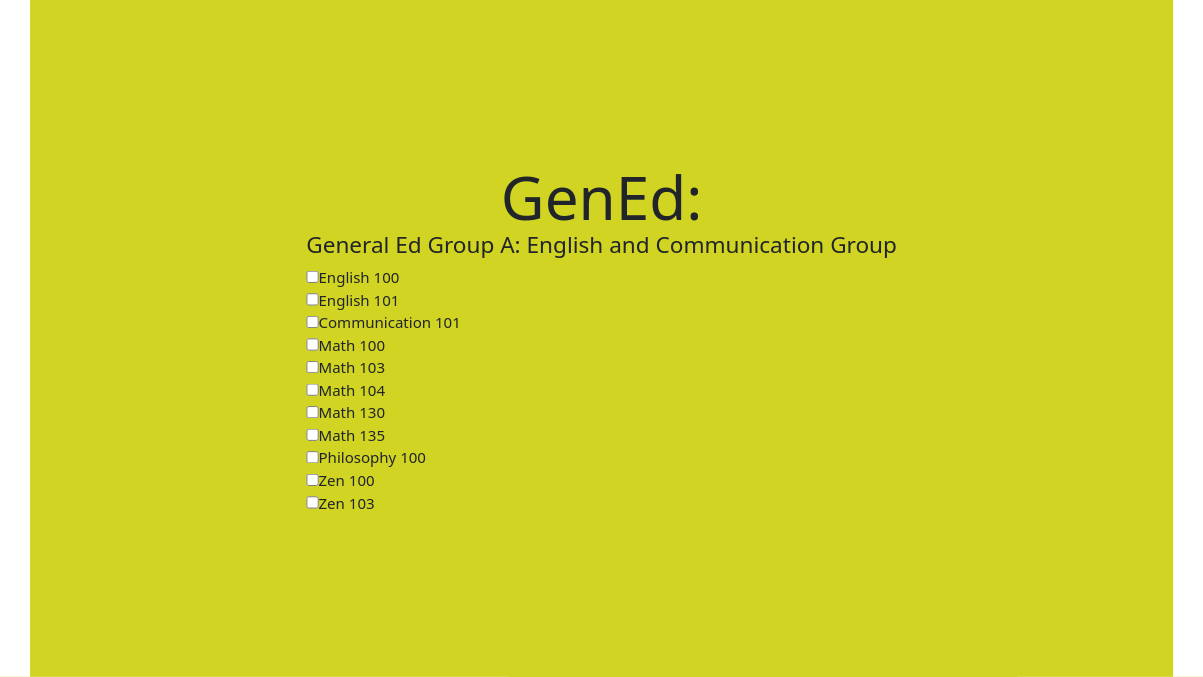
Repository: collegedude9300/zenschool
Page: /GenEd
The author's editor kept a copy of each file at every save. The page is drawn from the files as they stood at one save, then again after the next save.
The browser window is 1280 px wide. The pictures show the whole page, at 94% of full size.
The project was rebuilt for these pictures with package versions that can differ from the ones it lists, and the page was loaded fresh each time. The framework's server and built-in components were replaced by stand-ins that run in the browser. Also part of the build but not shown: next.config.js.

Above is the page before, as saved 2022-10-27 18:32:37.

### pages/GenEd.js
import Head from 'next/head'
import Image from 'next/image'
import styles from '../styles/Home.module.css'
import 'bootstrap/dist/css/bootstrap.css'
export default function GenEd() {
return(
//class choices form
<div className={styles.container}>
<Head>
<title>GenEd</title>
<meta name="description" content="Generated by create next app" />
<link rel="icon" href="/favicon.png" />
</Head>
<main className={styles.main}>
<h1 className={styles.title}>
GenEd:
</h1>
<form>
<h4>General Ed Group A: English and Communication Group </h4>
<input type="checkbox" id="English 100" name="English 100: General English" value="English 100"/>
<label for="English 100"> English 100</label><br/>
<input type="checkbox" id="English 101" name="English 101: Reading" value="English 101"/>
<label for="English 101"> English 101</label><br/>
<input type="checkbox" id="Communication 101" name="Communication 101" value="Communication 101"/>
<label for="Communication 101"> Communication 101</label><br/>
<input type="checkbox" id="Math 100" name="Math 100" value="Math 100"/>
<label for="Math 100"> Math 100</label><br/>
<input type="checkbox" id="Math 103" name="Math 103" value="Math 103"/>
<label for="Math 103"> Math 103</label><br/>
<input type="checkbox" id="Math 104" name="Math 104" value="Math 104"/>
<label for="Math 104"> Math 104</label><br/>
<input type="checkbox" id="Math 130" name="Math 130" value="Math 130"/>
<label for="Math 130"> Math 130</label><br/>
<input type="checkbox" id="Math 135" name="Math 135" value="Math 135"/>
<label for="Math 135"> Math 135</label><br/>
<input type="checkbox" id="Philosophy 100" name="Philosophy 100" value="Philosophy 100"/>
<label for="Philosophy 100"> Philosophy 100</label><br/>
<input type="checkbox" id="Zen 100" name="Zen 100" value="Zen 100"/>
<label for="Zen 100"> Zen 100</label><br/>
<input type="checkbox" id="Zen 103" name="Zen 103" value="Zen 103"/>
<label for="Zen 103"> Zen 103</label><br/>
</form>
</main>
      </div>
)}

### styles/Home.module.css
.container {
  padding: 0 2rem;
}

.main {
  min-height: 100vh;
  padding: 4rem 0;
  flex: 1;
  display: flex;
  flex-direction: column;
  justify-content: center;
  align-items: center;
  background-color: #d1d422;
}

.footer {
  display: flex;
  flex: 1;
  padding: 2rem 0;
  border-top: 1px solid #eaeaea;
  justify-content: center;
  align-items: center;
}

.footer a {
  display: flex;
  justify-content: center;
  align-items: center;
  flex-grow: 1;
}

.title a {
  color: #0070f3;
  text-decoration: none;
}

.title a:hover,
.title a:focus,
.title a:active {
  text-decoration: underline;
}

.title {
  margin: 0;
  line-height: 1.15;
  font-size: 4rem;
}

.title,
.description {
  text-align: center;
}

.description {
  margin: 4rem 0;
  line-height: 1.5;
  font-size: 1.5rem;
}

.code {
  background: #fafafa;
  border-radius: 5px;
  padding: 0.75rem;
  font-size: 1.1rem;
  font-family: Menlo, Monaco, Lucida Console, Liberation Mono, DejaVu Sans Mono,
    Bitstream Vera Sans Mono, Courier New, monospace;
}

.grid {
  display: flex;
  align-items: center;
  justify-content: center;
  flex-wrap: wrap;
  max-width: 800px;
}

.card {
  margin: 1rem;
  padding: 1.5rem;
  text-align: left;
  color: inherit;
  text-decoration: none;
  border: 1px solid #eaeaea;
  border-radius: 10px;
  transition: color 0.15s ease, border-color 0.15s ease;
  max-width: 300px;
}

.card:hover,
.card:focus,
.card:active {
  color: #0070f3;
  border-color: #0070f3;
}

.card h2 {
  margin: 0 0 1rem 0;
  font-size: 1.5rem;
}

.card p {
  margin: 0;
  font-size: 1.25rem;
  line-height: 1.5;
}

.logo {
  height: 1em;
  margin-left: 0.5rem;
}

@media (max-width: 600px) {
  .grid {
    width: 100%;
    flex-direction: column;
  }
}

@media (prefers-color-scheme: dark) {
  .card,
  .footer {
    border-color: #222;
  }
  .code {
    background: #111;
  }
  .logo img {
    filter: invert(1);
  }
}

Loaded but not shown: pages/_app.js (common file); styles/globals.css (common file)

After the next save:
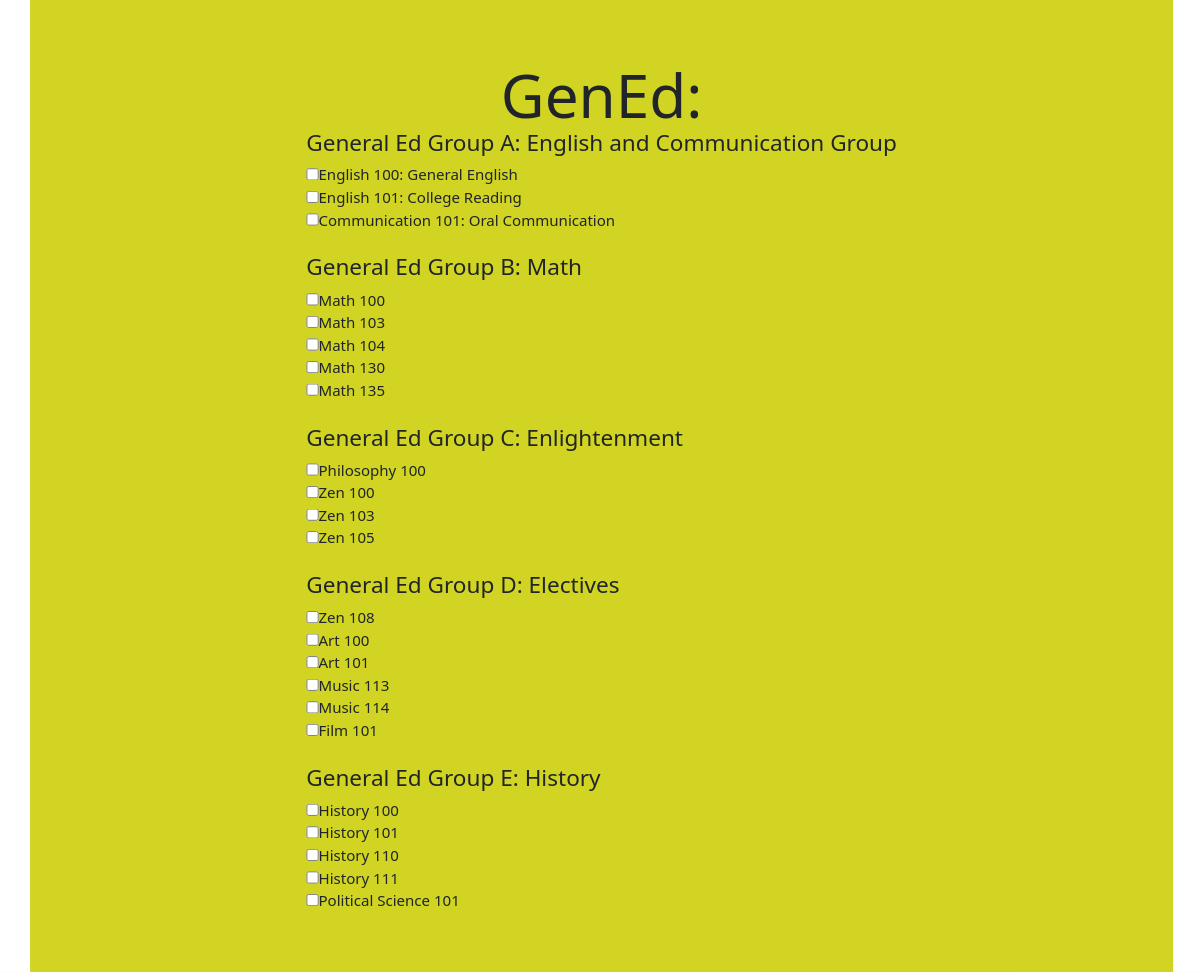
Saved 10 min 0 s later.
--- a/pages/GenEd.js
+++ b/pages/GenEd.js
@@ -17,12 +17,14 @@ GenEd:
 </h1>
 <form>
 <h4>General Ed Group A: English and Communication Group </h4>
-<input type="checkbox" id="English 100" name="English 100: General English" value="English 100"/>
-<label for="English 100"> English 100</label><br/>
-<input type="checkbox" id="English 101" name="English 101: Reading" value="English 101"/>
-<label for="English 101"> English 101</label><br/>
+<input type="checkbox" id="English 100" name="English 100" value="English 100"/>
+<label for="English 100"> English 100: General English </label><br/>
+<input type="checkbox" id="English 101" name="English 101" value="English 101"/>
+<label for="English 101"> English 101: College Reading</label><br/>
 <input type="checkbox" id="Communication 101" name="Communication 101" value="Communication 101"/>
-<label for="Communication 101"> Communication 101</label><br/>
+<label for="Communication 101"> Communication 101: Oral Communication</label><br/>
+<br/>
+<h4>General Ed Group B: Math </h4>
 <input type="checkbox" id="Math 100" name="Math 100" value="Math 100"/>
 <label for="Math 100"> Math 100</label><br/>
 <input type="checkbox" id="Math 103" name="Math 103" value="Math 103"/>
@@ -33,12 +35,42 @@ GenEd:
 <label for="Math 130"> Math 130</label><br/>
 <input type="checkbox" id="Math 135" name="Math 135" value="Math 135"/>
 <label for="Math 135"> Math 135</label><br/>
+<br/>
+<h4>General Ed Group C: Enlightenment </h4>
 <input type="checkbox" id="Philosophy 100" name="Philosophy 100" value="Philosophy 100"/>
 <label for="Philosophy 100"> Philosophy 100</label><br/>
 <input type="checkbox" id="Zen 100" name="Zen 100" value="Zen 100"/>
 <label for="Zen 100"> Zen 100</label><br/>
 <input type="checkbox" id="Zen 103" name="Zen 103" value="Zen 103"/>
 <label for="Zen 103"> Zen 103</label><br/>
+<input type="checkbox" id="Zen 105" name="Zen 105" value="Zen 105"/>
+<label for="Zen 105"> Zen 105</label><br/>
+<br/>
+<h4>General Ed Group D: Electives </h4>
+<input type="checkbox" id="Zen 108" name="Zen 108" value="Zen 108"/>
+<label for="Zen 108"> Zen 108</label><br/>
+<input type="checkbox" id="Art 100" name="Art 100" value="Art 100"/>
+<label for="Art 100"> Art 100</label><br/>
+<input type="checkbox" id="Art 101" name="Art 101" value="Art 101"/>
+<label for="Art 101"> Art 101</label><br/>
+<input type="checkbox" id="Music 113" name="Music 113" value="Music 113"/>
+<label for="Music 113"> Music 113</label><br/>
+<input type="checkbox" id="Music 114" name="Music 114" value="Music 114"/>
+<label for="Music 114"> Music 114</label><br/>
+<input type="checkbox" id="Film 101" name="Film 101" value="Film 101"/>
+<label for="Film 101"> Film 101</label><br/>
+<br/>
+<h4>General Ed Group E: History </h4>
+<input type="checkbox" id="History 100" name="History 100" value="History 100"/>
+<label for="History 100"> History 100</label><br/>
+<input type="checkbox" id="History 101" name="History 101" value="History 101"/>
+<label for="History 101"> History 101</label><br/>
+<input type="checkbox" id="History 110" name="History 110" value="History 110"/>
+<label for="History 110"> History 110</label><br/>
+<input type="checkbox" id="History 111" name="History 111" value="History 111"/>
+<label for="History 111"> History 111</label><br/>
+<input type="checkbox" id="Pol-Science 101" name="Pol-Science 101" value="Pol-Science 101"/>
+<label for="Pol-Science 101"> Political Science 101</label><br/>
 </form>
 </main>
       </div>
